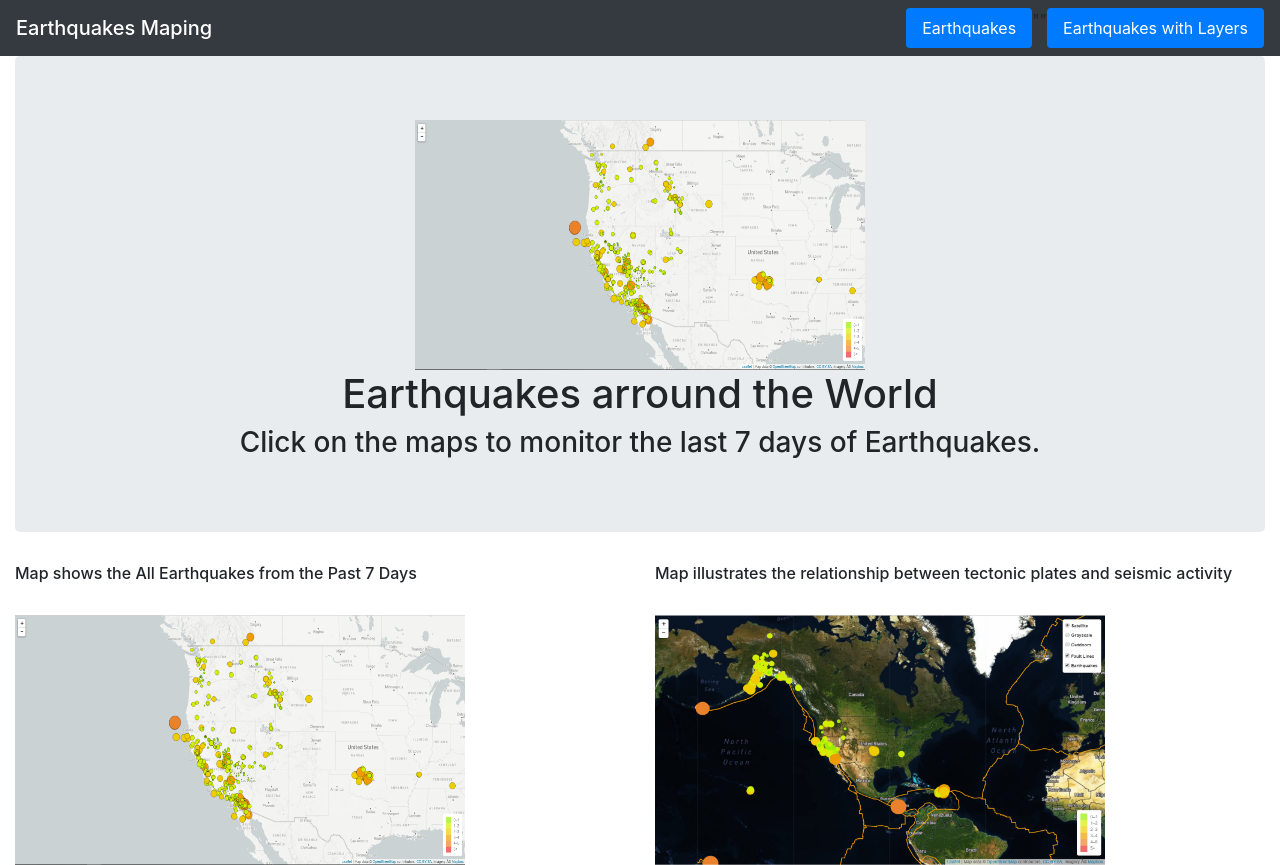
Repository: ermiasgelaye/leaflet-challenge
Page: index.html
These files come from the project's save history. The page is drawn as it stood at one moment and after the next save; the edit follows.
The browser window is 1280 px wide. The pictures show the whole page.

Above is the page before, as saved 2020-09-18 22:37:08.

### index.html
<!DOCTYPE html>
<html lang="en">

<head>
    <meta charset="UTF-8" />
    <meta name="viewport" content="width=device-width, initial-scale=1.0" />
    <meta http-equiv="X-UA-Compatible" content="ie=edge" />
    <title>Earthquakes Challenge</title>
    <link rel="stylesheet" href="https://stackpath.bootstrapcdn.com/bootstrap/4.3.1/css/bootstrap.min.css" integrity="sha384-ggOyR0iXCbMQv3Xipma34MD+dH/1fQ784/j6cY/iJTQUOhcWr7x9JvoRxT2MZw1T" crossorigin="anonymous" />

    <!-- jQuery library -->
    <script src="https://ajax.googleapis.com/ajax/libs/jquery/3.4.1/jquery.min.js"></script>
    <link rel="stylesheet" type="text/css" href="static/css/style.css" />
    <!-- Latest compiled JavaScript -->
    <script src="https://maxcdn.bootstrapcdn.com/bootstrap/4.3.1/js/bootstrap.min.js"></script>
</head>

<body>
    <nav class="navbar navbar-dark bg-dark size_hide">
        <a href="index.html"><span class="navbar-brand mb-0 h1 back_color"
          >Earthquakes Maping</span
        ></a
      >

      <ul class="nav nav-pills">
        <li class="nav-item">
          <a class="nav-link active" href="Leaflet-Step-1/step-1.html"
            >Earthquakes</a>
        </li>
        <a>""</a>
        <li class="nav-item">
          <a class="nav-link active" href="Leaflet-Step-2/step-2.html"
            >Earthquakes with Layers</a
          >
        </li>
      </ul>
    </nav>
    <div  class="container-fluid">
      <div class="jumbotron text-center">
        <img src="images/2-BasicMap.png"  width="450"height="250" /></a>
        <h1>Earthquakes arround the World</h1>
        <h3>
          Click on the maps to monitor the last 7 days of Earthquakes.
        </h3>
      </div>
      <div class="row">
        <div class="col-lg-6">
          <h6>Map shows the All Earthquakes from the Past 7 Days</h6>
          <br />
          <a href="Leaflet-Step-1/step-1.html"
            ><img
              src="images/2-BasicMap.png"
              alt="Mapping without Layers"
              width="450"
              height="250"
          /></a>
        </div>
        <div class="col-lg-6">
            <h6>
                Map illustrates the relationship between tectonic plates and seismic activity
            </h6>
            <br />
            <a href="Leaflet-Step-2/step-2.html">
                <img src="images/5-Advanced.png" alt="Mapping with Layers" width="450" height="250" /></a>
        </div>
        </div>
        </div>
</body>

</html>

Loaded but not shown: static/css/style.css (common file)

After the next save:
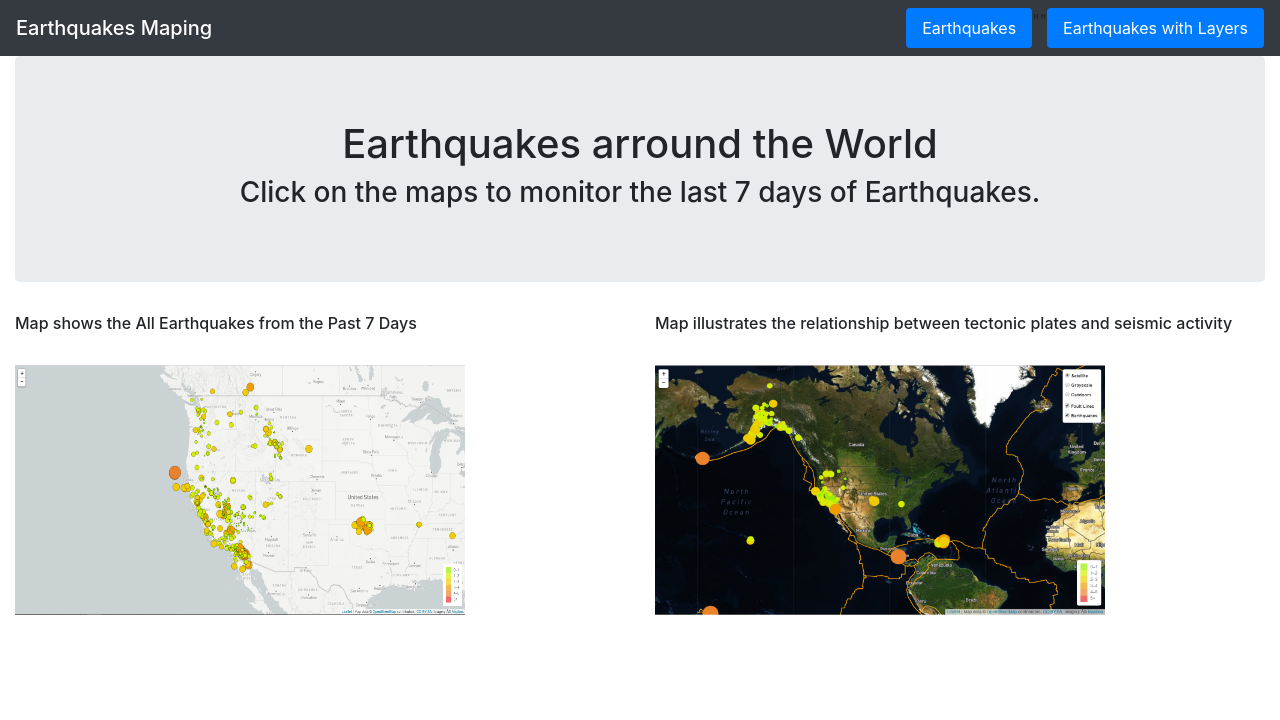
Saved 7 s later.
--- a/index.html
+++ b/index.html
@@ -37,7 +37,7 @@
     </nav>
     <div  class="container-fluid">
       <div class="jumbotron text-center">
-        <img src="images/2-BasicMap.png"  width="450"height="250" /></a>
+
         <h1>Earthquakes arround the World</h1>
         <h3>
           Click on the maps to monitor the last 7 days of Earthquakes.
